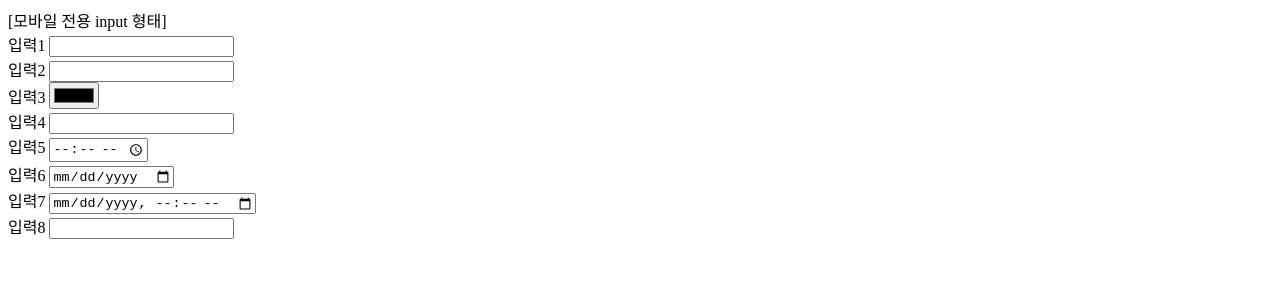
Repository: mnemion/BackendClass
Page: web/src/main/webapp/m/index.html
These files come from the project's save history. The page is drawn as it stood at one moment and after the next save; the edit follows.
The browser window is 1280 px wide. The pictures show the whole page.

Above is the page before, as saved 2023-08-31 05:49:06.

After the next save:
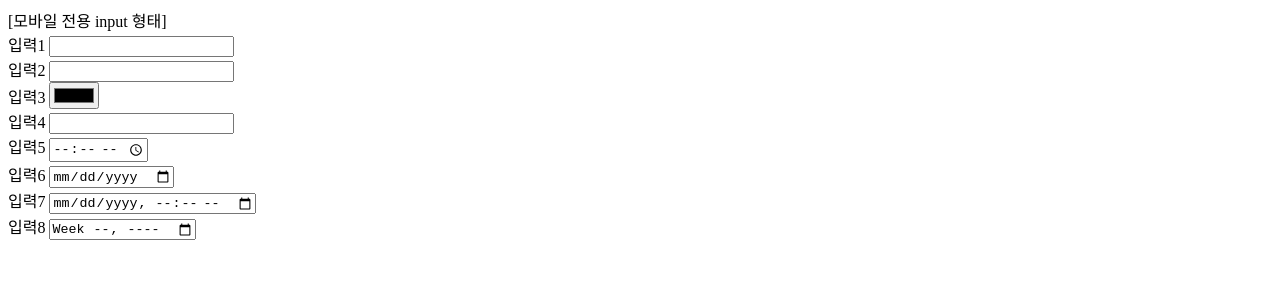
Saved 7 s later.
--- a/web/src/main/webapp/m/index.html
+++ b/web/src/main/webapp/m/index.html
@@ -14,6 +14,6 @@
 입력5 <input type="time"><br>		<!-- 시간선택 (P, M) -->
 입력6 <input type="date"><br>		<!-- 날짜선택 (P, M) -->
 입력7 <input type="datetime-local"><br>	<!-- 날짜, 시간 동시에 입력 (P, M) -->
-입력8 <input type="datetime"><br>
+입력8 <input type="week"><br>
 </body>
 </html>
